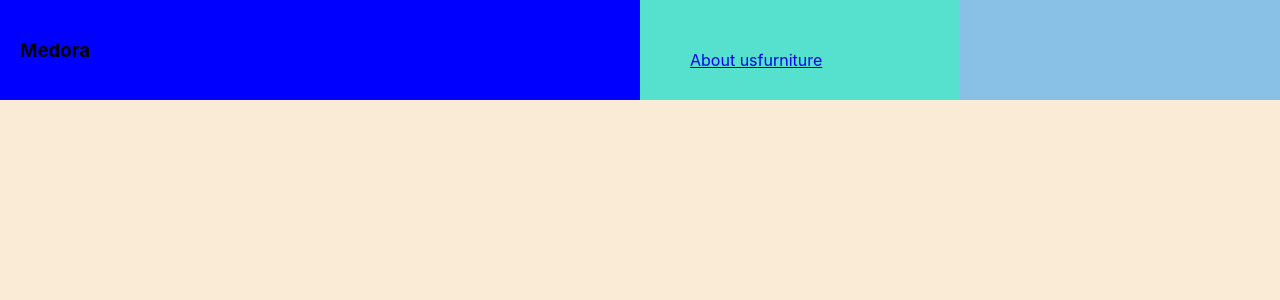
Repository: SbuKhoza/medora
Page: /
An editor plug-in stored every save of this project. The page is shown before and after the next save, followed by the edit.
The browser window is 1280 px wide. The pictures show the whole page.
The project was rebuilt for these pictures with package versions that can differ from the ones it lists, and the page was loaded fresh each time.

Above is the page before, as saved 2024-07-09 13:52:19.

### src/App.js

import './App.css';

function App() {
  return (

   <div className='container'>


    <div className='navleft'>

      <div className='icondiv'>
      <h3 className='icon'>Medora</h3>
      </div>


    </div>

    <div className='navcenter'>
      <div className='menucenter'>
      <a href='#'>About us</a>
      <a href='#'>furniture</a>
      </div>


    </div>

    <div className='navright'>

    </div>

  </div>
  );
}

export default App;

### src/App.css
body {
  background-color: antiquewhite;
}

.container {
  display: flex;
  height: 100vh;
}

.navleft {
  display: flex;
  width: 50%;
  height:100px;
  background-color: blue;
}

.navcenter {
  display: flex;
  width: 25%;
  height:100px;
  background-color: rgb(86, 224, 206);
}

.navright {
  display: flex;
  width: 25%;
  height:100px;
  background-color: rgb(137, 193, 230);
}

.icondiv {
  width: 40px;
  height: 40px;
  margin: 20px;

}

.menucenter {
  display: flex;
  height: 40px;
  margin: 50px;
}

Loaded but not shown: public/index.html (common file); src/index.js (common file); src/index.css (common file); src/reportWebVitals.js (common file)

After the next save:
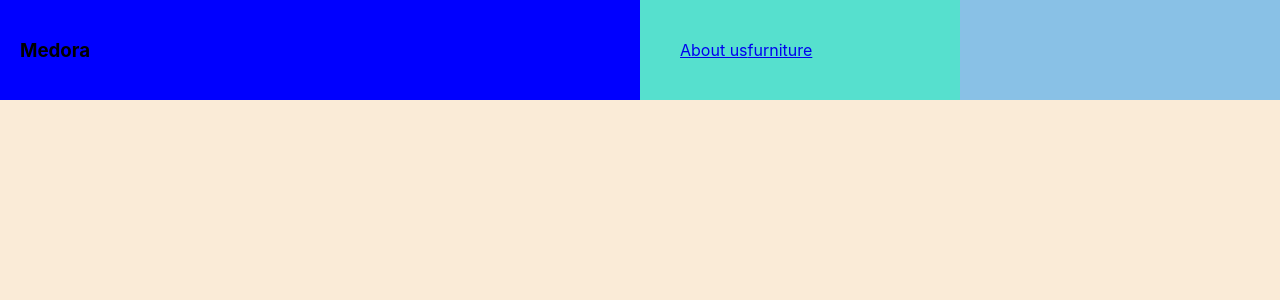
Saved 13 s later.
--- a/src/App.css
+++ b/src/App.css
@@ -38,5 +38,5 @@ body {
 .menucenter {
   display: flex;
   height: 40px;
-  margin: 50px;
+  margin: 40px;
 }
